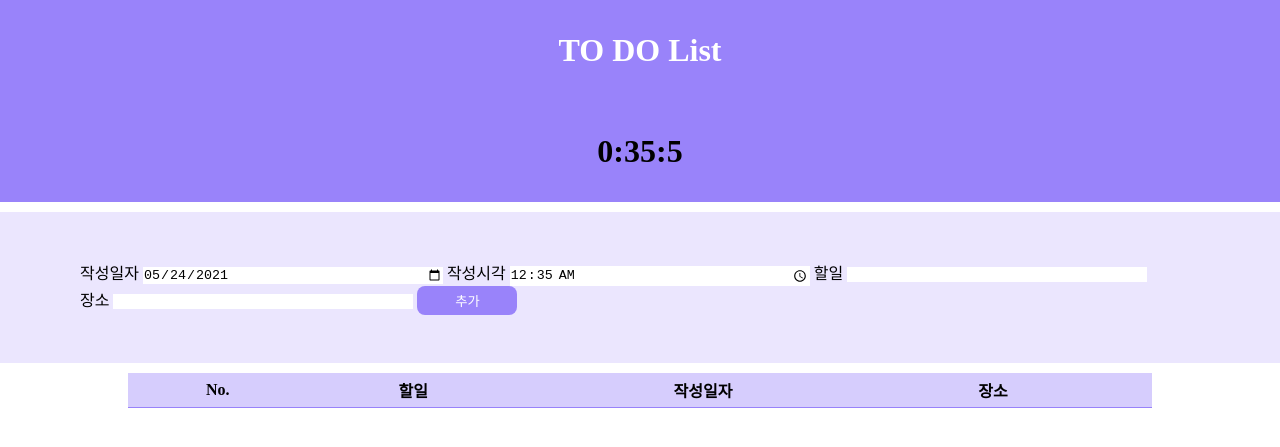
Repository: soyeon-noh/TodoList_Project
Page: http://localhost/Server_PR_TodoList/
The author's editor kept a copy of each file at every save. The page is drawn from the files as they stood at one save, then again after the next save.
The browser window is 1280 px wide. The pictures show the whole page.
The page is served by Tomcat 9. Other server files are loaded and not shown. Queries for data that is not in the repository find no rows.

Above is the page before, as saved 2021-05-25 04:10:08.

### Server_PR_TodoList/src/main/webapp/WEB-INF/views/home.jsp
<%@ page language="java" contentType="text/html; charset=UTF-8"
    pageEncoding="UTF-8"%>
<%@ taglib uri="http://java.sun.com/jsp/jstl/core"
			prefix="c"%>
<c:set value="${pageContext.request.contextPath}"
		var="rootPath"/>
<!DOCTYPE html>
<html>
<head>
<meta charset="UTF-8">
<title>TODOList 메인화면</title>
<link href="${rootPath}/static/css/home.css?ver2" rel="stylesheet"/>

<style>

</style>


</head>
  <body>
  	<%@ include file="/WEB-INF/views/include_nav.jsp" %>
    <form class ="v1" method="POST">
    	<div>
    		<label for="date">작성일자</label>
    		<input name="td_date"
    				type="date" value="${TD.td_date}">
    	</div>

    	<div>
    		<label for="time">작성시각</label>
    		<input name="td_time"
    				type="time" value="${TD.td_time}">
    	</div>

    	<div>
    		<label for="todo">할일</label>
    		<input name="td_todo"
    				type="text" value="${TD.td_todo}">
    	</div>

    	<div>
    		<label for="place">장소</label>
    		<input name="td_place"
    				type="text" value="${TD.td_place}">
    	</div>
   		<button class="btn_insert">추가</button>
    </form>

    <table id="tdlist">
      <tr>
        <th>No.</th>
        <th>할일</th>
        <th>작성일자</th>
        <th>장소</th>
        <th></th>
      </tr>
      <c:forEach items="${TDLIST}" var="TD" varStatus="i">
        <tr>
          <td>${i.count}</td>
          <td>${TD.td_todo}</td>
          <td>${TD.td_date}</td>
          <td>${TD.td_place}</td>
          <td><button class="btn_update" data-seq="${TD.td_seq}" type="button">
          		수정</button>
          		<button class="btn_delete" data-seq="${TD.td_seq}" type="button">
          		삭제</button></td>
        </tr>
      </c:forEach>
    </table>
  </body>

  <script>
  // html 코드가 다 화면에 뜨고 나서 실행하라는 명렁
  // 아래 한 줄의 코드가 있어야 어디든디 script를 넣을 수 있다.
	document.addEventListener("DOMContentLoaded",function(){
		document.querySelector("table#tdlist")
		.addEventListener("click", function(ev){
			let className = ev.target.className

			if(className == "btn_delete"){

				let seq = ev.target.dataset.seq
				alert(seq + " 삭제가 완료되었습니다.");

				document
				.location
				.replace( "${rootPath}" +
						"/UD/delete?td_seq="
						+ seq )

			} else if(className == "btn_update"){

				let seq = ev.target.dataset.seq;

				document
				.location
				.href= "${rootPath}" +
						"/UD/update?td_seq="
						+ seq
			}

		})
	})
  </script>

</html>

### Server_PR_TodoList/src/main/webapp/WEB-INF/views/include_nav.jsp
<%@ page language="java" contentType="text/html; charset=UTF-8"
    pageEncoding="UTF-8"%>

<style>
	* {
		margin: 0;
		padding: 0;
		box-sizing: border-box;
	}

    h1.clock {
        color: black;
        text-align: center;
        background-color: rgba(153, 131, 250, 20);
        padding: 2rem;
    }

</style>
<h1>TO DO List</h1>
<h2 class="date"></h2>
<h1 class="clock"></h1>
<script>
	let date = document.querySelector(".date");

    function getDate(){
        const time = new Date();
        const year = time.getUTCFullYear();
        const month = time.getUTCMonth();
        const day = time.getUTCDay();
        date.textContent = year + "-" + month + "-" + day;
    }



	let clock = document.querySelector(".clock");

	function getTime() {
		  const time = new Date();
		  const hour = time.getHours();
		  const minutes = time.getMinutes();
		  const seconds = time.getSeconds();
		  clock.textContent = hour + ":" + minutes + ":" + seconds;


	}

	function init() {
	  setInterval(getTime, 1000);
	}

	init();
</script>

### Server_PR_TodoList/src/main/java/com/callor/todo/controller/HomeController.java
package com.callor.todo.controller;

import java.io.IOException;
import java.text.SimpleDateFormat;
import java.util.Date;
import java.util.List;

import javax.servlet.ServletException;
import javax.servlet.annotation.WebServlet;
import javax.servlet.http.HttpServlet;
import javax.servlet.http.HttpServletRequest;
import javax.servlet.http.HttpServletResponse;

import com.callor.todo.model.TodoListVO;
import com.callor.todo.service.TodoService;
import com.callor.todo.service.impl.TodoServiceImplV1;

@WebServlet("/")
public class HomeController extends HttpServlet{

	protected TodoService tdService;
	public HomeController() {
		tdService = new TodoServiceImplV1();
	}
	@Override
	protected void doGet(HttpServletRequest req, HttpServletResponse resp) throws ServletException, IOException {
		// TODO selectAll()
		List<TodoListVO> tdList = tdService.selectAll();
		req.setAttribute("TDLIST", tdList);

		// TODO insert()
		TodoListVO tdVO = new TodoListVO();

		// SimpleDateFormat : 날짜 및 시간을 형식화하고 구문 분석하는 메소드 제공
		SimpleDateFormat sd = new SimpleDateFormat("yyyy-MM-dd");
		SimpleDateFormat st = new SimpleDateFormat("HH:mm:ss");

		// 현재시간을 저장
		Date date = new Date(System.currentTimeMillis());

		// 현재 시간을 변환해 VO에 넣어준다
		tdVO.setTd_seq(0L);
		tdVO.setTd_date(sd.format(date));
		tdVO.setTd_time(st.format(date));

		req.setAttribute("TD", tdVO);

		// home.jsp 화면을 보여줘라
		RequestController.reqController(req, resp, "home");
	}
	@Override
	protected void doPost(HttpServletRequest req, HttpServletResponse resp) throws ServletException, IOException {
		// TODO insert()

		// 한글 인코딩 세팅
		req.setCharacterEncoding("UTF-8");

		// user가 입력한 data 확인
		String td_date = req.getParameter("td_date");
		String td_time = req.getParameter("td_time");
		String td_todo = req.getParameter("td_todo");
		String td_place = req.getParameter("td_place");

		TodoListVO tdVO = new TodoListVO();
		tdVO.setTd_date(td_date);
		tdVO.setTd_time(td_time);
		tdVO.setTd_todo(td_todo);
		tdVO.setTd_place(td_place);

		tdService.insert(tdVO);

		System.out.println("insert : " + tdVO);

		resp.sendRedirect("/todo");
	}

}

### Server_PR_TodoList/src/main/java/com/callor/todo/service/impl/TodoServiceImplV1.java
package com.callor.todo.service.impl;

import java.sql.Connection;
import java.sql.PreparedStatement;
import java.sql.ResultSet;
import java.sql.SQLException;
import java.util.ArrayList;
import java.util.List;

import com.callor.todo.config.DbInfo;
import com.callor.todo.config.MySQLConnection;
import com.callor.todo.model.TodoListVO;
import com.callor.todo.service.TodoService;

public class TodoServiceImplV1 implements TodoService{

	// 먼저 db와 연결
	protected Connection dbConn;

	public TodoServiceImplV1() {
		dbConn = MySQLConnection.getDBConnection();
	}


	protected List<TodoListVO> select(PreparedStatement pStr) throws SQLException{
		// TODO DB로부터 데이터를 받아와 List에 저장
		List<TodoListVO> tdList = new ArrayList<TodoListVO>();

		ResultSet rSet = pStr.executeQuery();
		while(rSet.next()) {
			TodoListVO tdVO = new TodoListVO();
			tdVO.setTd_seq(rSet.getLong(DbInfo.td_seq));
			tdVO.setTd_date(rSet.getString(DbInfo.td_date));
			tdVO.setTd_time(rSet.getString(DbInfo.td_time));
			tdVO.setTd_todo(rSet.getString(DbInfo.td_todo));
			tdVO.setTd_place(rSet.getString(DbInfo.td_place));
			tdList.add(tdVO);
		}

		// 데이터 확인
		System.out.println("select : " + tdList.toString());
		return tdList;
	}

	@Override
	public List<TodoListVO> selectAll() {
		// TODO List 전체 데이터 조회

		String sql = " SELECT * FROM tbl_todo_list ";
		sql += " ORDER BY td_date DESC, td_time DESC ";

		PreparedStatement pStr = null;

		try {
			pStr = dbConn.prepareStatement(sql);
			List<TodoListVO> tdList = this.select(pStr);
			pStr.close();

			System.out.println("selectAll : " + tdList.toString());
			return tdList;
		} catch (SQLException e) {
			// TODO Auto-generated catch block
			e.printStackTrace();
		}
		return null;
	}

	@Override
	public TodoListVO findById(Long seq) {
		// TODO 일련번호로 조회
		String sql = " SELECT * FROM tbl_todo_list ";
		sql += " WHERE td_seq = ? ";

		PreparedStatement pStr = null;

		try {
			pStr = dbConn.prepareStatement(sql);
			pStr.setLong(1, seq);

			List<TodoListVO> tdList = this.select(pStr);

			pStr.close();

			if(tdList != null && tdList.size() > 0) {
				return tdList.get(0);
			}


		} catch (SQLException e) {
			// TODO Auto-generated catch block
			e.printStackTrace();
		}
		return null;
	}

	@Override
	public List<TodoListVO> findByDate(String td_date) {
		// TODO 날짜로 조회
		String sql = " SELECT * FROM tbl_todo_list ";
		sql += " WHERE td_date = ? ";

		PreparedStatement pStr = null;

		try {
			pStr = dbConn.prepareStatement(sql);
			pStr.setString(1, td_date);

			List<TodoListVO> tdList = this.select(pStr);

			pStr.close();
			return tdList;

		} catch (SQLException e) {
			// TODO Auto-generated catch block
			e.printStackTrace();
		}
		return null;
	}

	@Override
	public List<TodoListVO> findByTodo(String td_todo) {
		// TODO 할일내용으로 조회
		return null;
	}

	@Override
	public List<TodoListVO> findByPlace(String td_place) {
		// TODO 장소로 조회
		return null;
	}

	@Override
	public Integer insert(TodoListVO tdVO) {
		// TODO 데이터 추가

		String sql = " INSERT INTO tbl_todo_list ";
		sql += " ( ";
		sql += " td_date, ";
		sql += " td_time, ";
		sql += " td_todo, ";
		sql += " td_place) ";
		sql += " VALUES( ?,?,?,? ) ";


		// SQL 구문을 실행시키는 객체
		PreparedStatement pStr = null;

		try {
			pStr = dbConn.prepareStatement(sql);
			pStr.setString(1, tdVO.getTd_date());
			pStr.setString(2, tdVO.getTd_time());
			pStr.setString(3, tdVO.getTd_todo());
			pStr.setString(4, tdVO.getTd_place());

			return pStr.executeUpdate();

		} catch (SQLException e) {
			// TODO Auto-generated catch block
			e.printStackTrace();
		}
		return null;
	}


	@Override
	public Integer update(TodoListVO tdVO) {
		// TODO 데이터 업데이트
		String sql = " UPDATE tbl_todo_list SET ";
		sql += " td_date = ?, ";
		sql += " td_time = ?, ";
		sql += " td_todo = ?, ";
		sql += " td_place = ? ";

		sql += " WHERE td_seq = ? ";

		PreparedStatement pStr = null;

		try {
			pStr = dbConn.prepareStatement(sql);
			pStr.setString(1, tdVO.getTd_date());
			pStr.setString(2, tdVO.getTd_time());
			pStr.setString(3, tdVO.getTd_todo());
			pStr.setString(4, tdVO.getTd_place());

			pStr.setLong(5, tdVO.getTd_seq());
			return pStr.executeUpdate();

		} catch (SQLException e) {
			// TODO Auto-generated catch block
			e.printStackTrace();
		}

		return null;
	}

	@Override
	public Integer delete(Long seq) {
		// TODO 데이터 삭제

		String sql = " DELETE FROM tbl_todo_list ";
		sql += "WHERE td_seq = ?";

		PreparedStatement pStr = null;

		try {
			pStr = dbConn.prepareStatement(sql);
			pStr.setLong(1, seq);
			return pStr.executeUpdate();

		} catch (SQLException e) {
			// TODO Auto-generated catch block
			e.printStackTrace();
		}
		return null;
	}
}

### Server_PR_TodoList/src/main/java/com/callor/todo/config/MySQLConnection.java
package com.callor.todo.config;

import java.sql.Connection;
import java.sql.DriverManager;
import java.sql.SQLException;

public class MySQLConnection {

	private static Connection dbConn;

	static {

		String jdbcDriver = "com.mysql.cj.jdbc.Driver";
		String url = "jdbc:mysql://localhost:3306/todolist";
		String username = "tdUser";
		String password = "12345";

		try {
			Class.forName(jdbcDriver);
			if(dbConn == null) {
				dbConn = DriverManager.getConnection(url, username, password);
			}
			System.out.println("MySQL 접속 성공!!");
		} catch (ClassNotFoundException e) {
			System.out.println("MySQL Driver 를 찾을 수 없음");
		} catch (SQLException e) {
			System.out.println("MySQL DBMS 연결 실패");
		}
	}

	public static Connection getDBConnection() {
		return dbConn;
	}

}

### Server_PR_TodoList/src/main/java/com/callor/todo/model/TodoListVO.java
package com.callor.todo.model;

import lombok.AllArgsConstructor;
import lombok.Getter;
import lombok.NoArgsConstructor;
import lombok.Setter;
import lombok.ToString;

@Getter
@Setter
@ToString
@NoArgsConstructor
@AllArgsConstructor
public class TodoListVO {

	private Long td_seq;	//BIGINT
    private String td_date;	//VARCHAR(20)
    private String td_time;	//VARCHAR(20)
	private String td_todo;	//VARCHAR(200)
    private String td_place;	//VARCHAR(125)
}

### Server_PR_TodoList/src/main/java/com/callor/todo/controller/RequestController.java
package com.callor.todo.controller;

import java.io.IOException;

import javax.servlet.ServletException;
import javax.servlet.http.HttpServlet;
import javax.servlet.http.HttpServletRequest;
import javax.servlet.http.HttpServletResponse;

public class RequestController extends HttpServlet{

	public static void reqController (HttpServletRequest req,
			HttpServletResponse resp, String file) throws ServletException, IOException {

		String root = "/WEB-INF/views/" + file + ".jsp";

		req.getRequestDispatcher(root)
		.forward(req, resp);


	}

}

### Server_PR_TodoList/src/main/webapp/static/css/home.css
@charset "UTF-8";

/* 여백 초기화 */
* {
	margin: 0;
	padding: 0;
	box-sizing: border-box;
}

h1 {
	color: white;
	text-align: center;
	background-color: rgba(153,131,250,1);
	padding: 2rem;

}

form.v1 {
	background-color: rgba(153,131,250,0.2);
	padding: 3rem 5rem 3rem 5rem;
	margin: 10px auto;
}

form.v1 div{
	display: inline-block;
}

form.v1 label{
	width: 150px;
	text-align: right;
}

form.v1 input{
	width: 300px;
	border: 1px;

}

form.v1 button{
		outline: 0;
		border: 0;
		width: 100px;
		color: white;
		padding: 5px;
		background-color: rgba(153,131,250,1);
		border-radius: 8px;
}

table {
	border-collapse: collapse;
	width: 80%;
	margin: 10px auto;
}

td, th {
	border-bottom: 1px solid #9882FA;
	padding: 5px;
	text-align: center;
}

th {
	background-color: rgba(153,131,250,0.4);
}

After the next save:
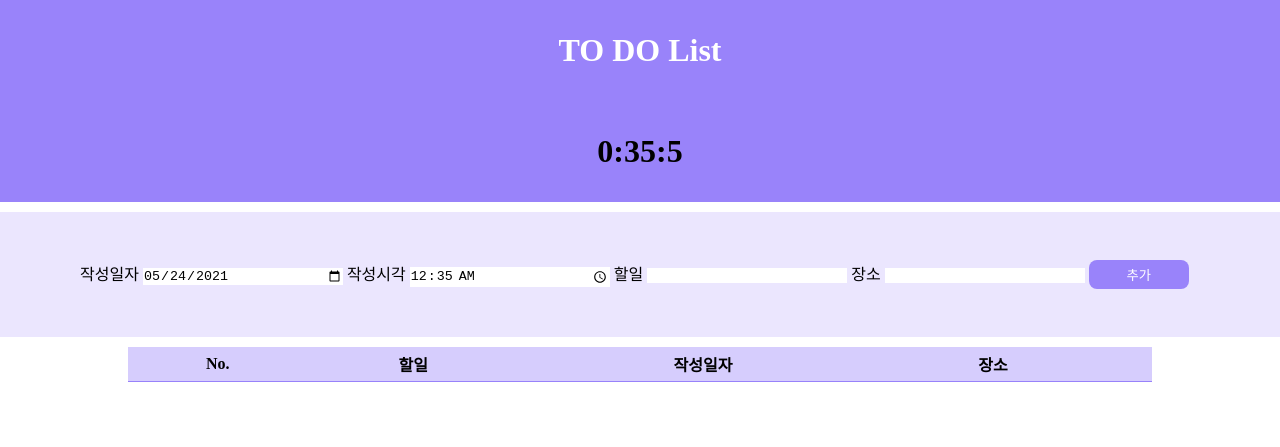
Saved 45 s later.
--- a/Server_PR_TodoList/src/main/webapp/static/css/home.css
+++ b/Server_PR_TodoList/src/main/webapp/static/css/home.css
@@ -31,7 +31,7 @@ form.v1 label{
 }
 
 form.v1 input{
-	width: 300px;
+	width: 200px;
 	border: 1px;
 
 }
